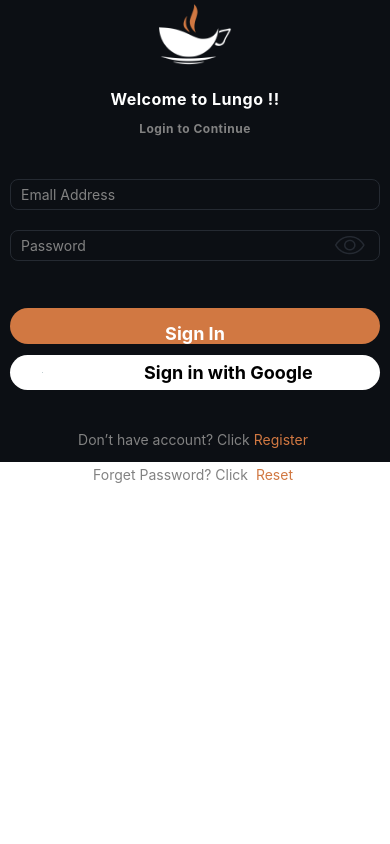
Repository: nguoilaisaochoi/App-coffe
Screen: /
An editor plug-in stored every save of this project. The screen is shown before and after a run of saves, followed by the edit.
The app was drawn by React Native's web renderer in a window 390 px wide. The project was rebuilt for these pictures with package versions that can differ from the ones it lists, and the page was loaded fresh each time.

Above is the screen before, as saved 2024-01-12 21:03:28.

After the next 2 saves:
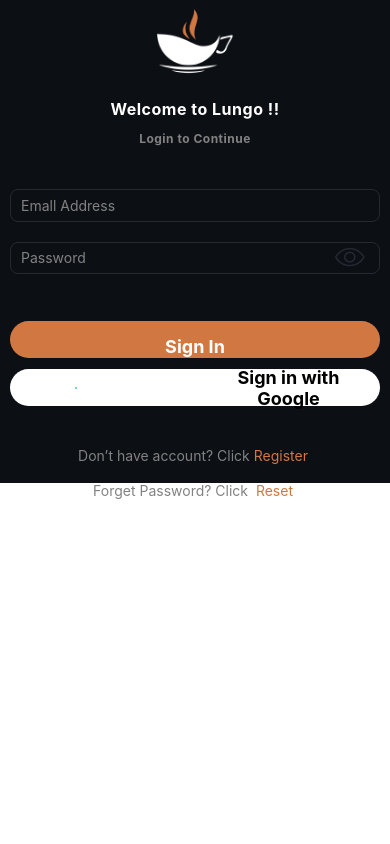
The 2 saves are shown as one change because they came seconds apart.
The last was saved 12 s later.
--- a/src/Login.js
+++ b/src/Login.js
@@ -172,8 +172,8 @@
     marginLeft: '25%',
   },
   icongg:{
-    width:'10%',
-    height:'10%',
+    width:'30%',
+    height:'30%',
     resizeMode:'contain',
   },
   donacc: {
